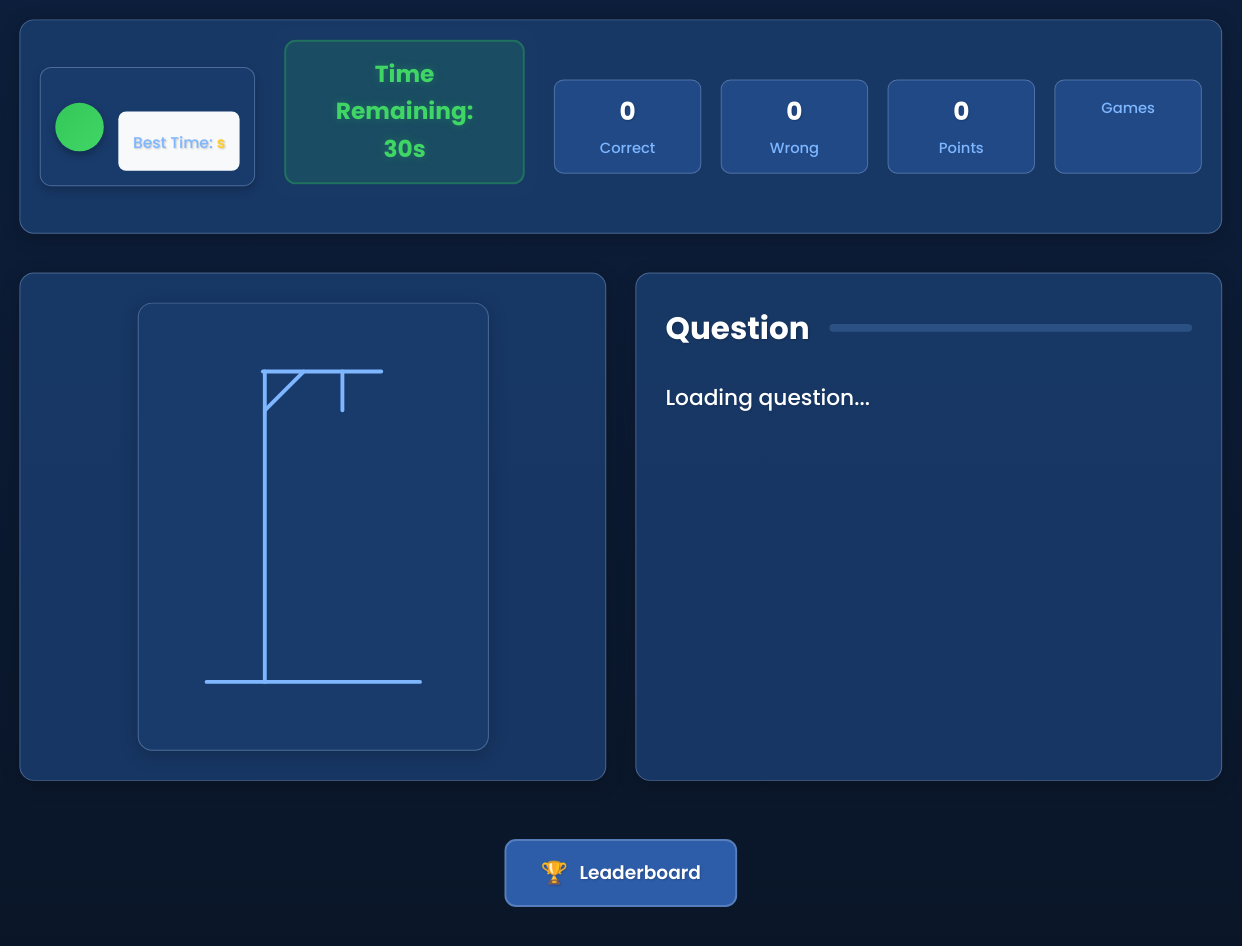
Repository: Team-4i/iks
Page: hang/templates/hang/game.html
These files come from the project's save history. The page is drawn as it stood at one moment and after the next save; the edit follows.
The browser window is 1280 px wide. The pictures show the whole page, at 97% of full size.
The template is drawn by Django 5.2. The application's start-up code is not run. The template is opened directly, without the code that normally fills it, so the values that code supplies are empty.

Above is the page before, as saved 2025-04-19 04:49:04.
Console error: SyntaxError: Unexpected token ','

After the next save:
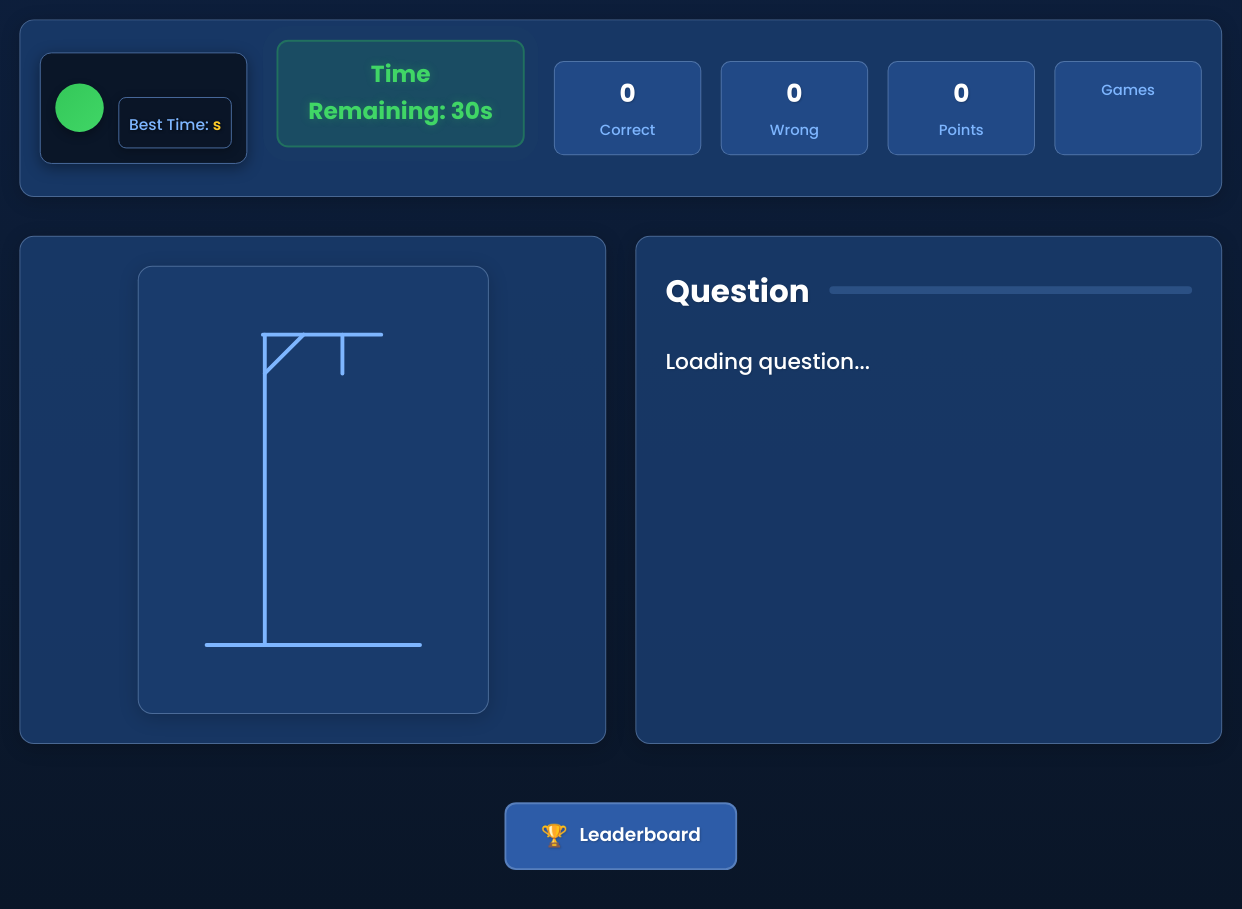
Saved 2 min 13 s later.
--- a/hang/templates/hang/game.html
+++ b/hang/templates/hang/game.html
@@ -172,10 +172,10 @@
         align-items: center;
         gap: 15px;
         padding: 15px;
-        background: var(--card-bg);
-        border: 1px solid var(--border-color);
+        background: #0a1628;
+        border: 1px solid #4a6c9e;
         border-radius: 12px;
-        box-shadow: 0 4px 10px rgba(0, 0, 0, 0.2);
+        box-shadow: 0 4px 15px rgba(0, 0, 0, 0.4);
     }
 
     .player-avatar {
@@ -193,25 +193,34 @@
         text-shadow: 1px 1px 2px rgba(0, 0, 0, 0.2);
     }
 
+    .player-info {
+        background: rgba(10, 22, 40, 0.95);
+        padding: 10px;
+        border-radius: 8px;
+        border: 1px solid #4a6c9e;
+        box-shadow: 0 2px 10px rgba(0, 0, 0, 0.3);
+    }
+
     .player-info h2 {
-        color: white;
+        color: #ffffff;
         margin: 0;
         font-size: 1.3rem;
         font-weight: 600;
-        text-shadow: 1px 1px 2px rgba(0, 0, 0, 0.3);
+        text-shadow: 1px 1px 3px rgba(0, 0, 0, 0.5);
     }
 
     .player-info p {
         margin: 5px 0 0;
-        color: var(--accent-blue);
+        color: #7eb6ff;
         font-size: 1rem;
         font-weight: 500;
-        text-shadow: 1px 1px 2px rgba(0, 0, 0, 0.2);
+        text-shadow: 1px 1px 3px rgba(0, 0, 0, 0.5);
     }
 
     .player-info #bestTime {
-        color: #ffcc29;  /* Gold/yellow color for the best time */
+        color: #ffcc29;
         font-weight: 600;
+        text-shadow: 1px 1px 3px rgba(0, 0, 0, 0.5);
     }
 
     .timer-display {
@@ -661,14 +670,16 @@
 
     .checkpoint-info {
         margin-top: 5px;
-        color: #34c759 !important;
+        color: #49e575 !important;
         font-size: 0.85rem;
-        font-weight: 500;
+        font-weight: 600;
+        text-shadow: 1px 1px 3px rgba(0, 0, 0, 0.5);
     }
 
     .checkpoint-info span {
-        color: #7eb6ff;
+        color: #a0cfff;
         text-decoration: underline;
+        font-weight: 600;
     }
 
     .current-badge {
